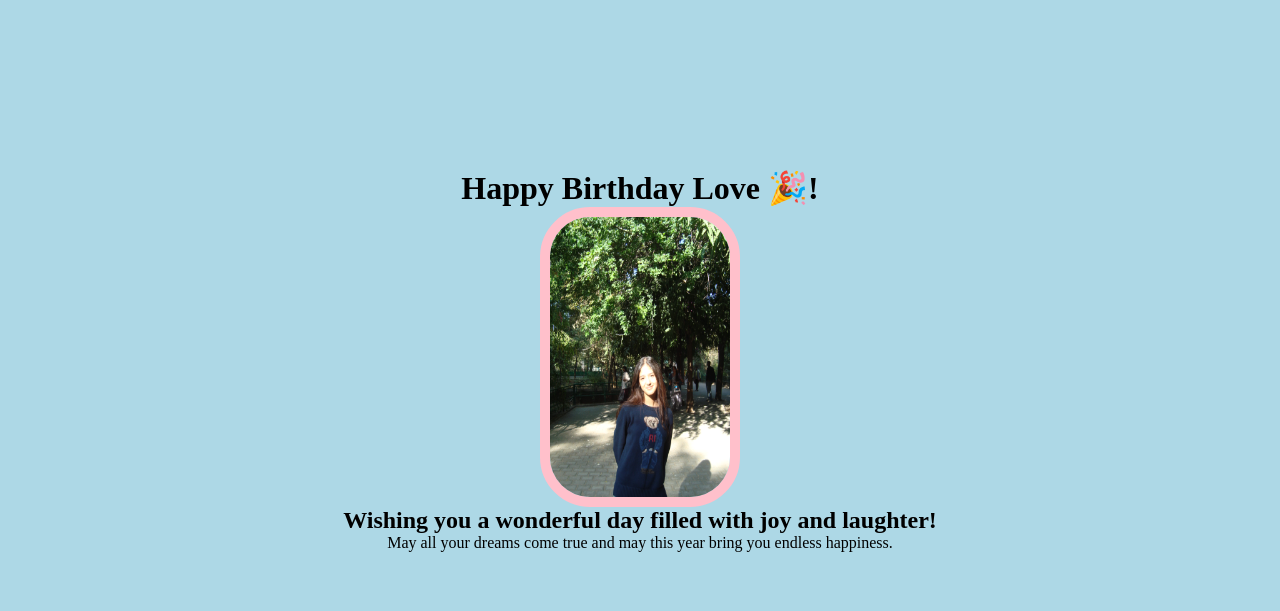
Repository: raghhavv03/html-css-practice
Page: css-task-5/index.html
These files come from the project's save history. The page is drawn as it stood at one moment and after the next save; the edit follows.
The browser window is 1280 px wide. The pictures show the whole page.
Some web fonts or font styles are not loaded; a fallback is used.

Above is the page before, as saved 2026-02-07 16:24:51.

After the next save:
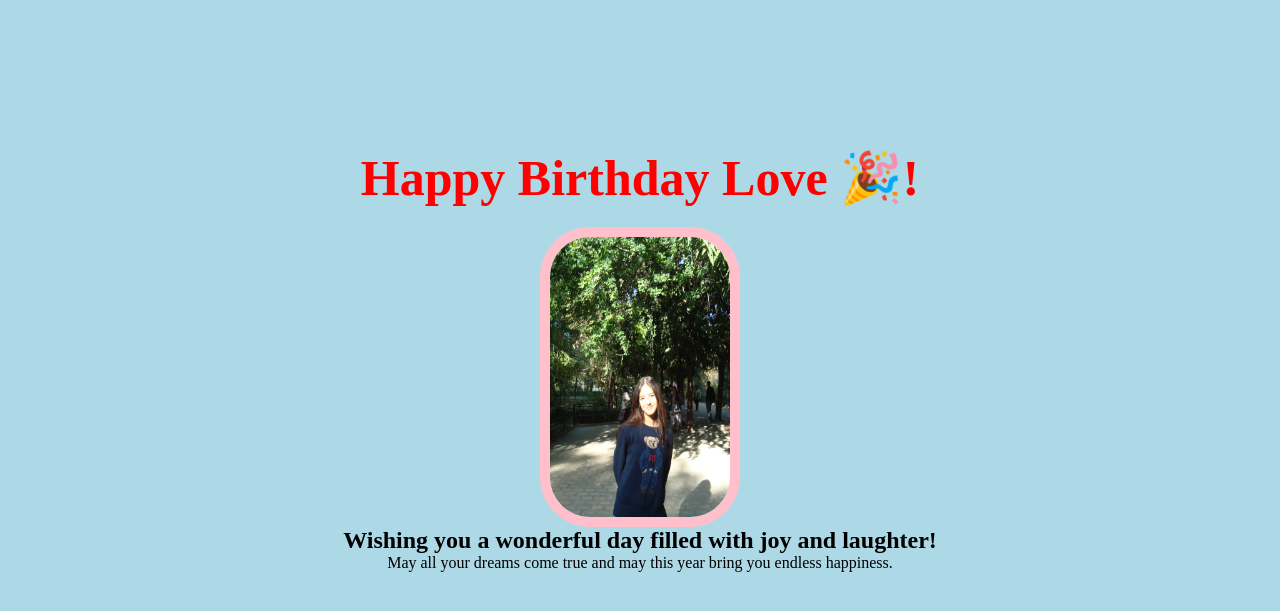
Saved 8 s later.
--- a/css-task-5/style.css
+++ b/css-task-5/style.css
@@ -24,5 +24,7 @@ body {
 }
 
 h1 {
-
+    font-size: 50px;
+    color: red;
+    margin-bottom: 20px;
 }
